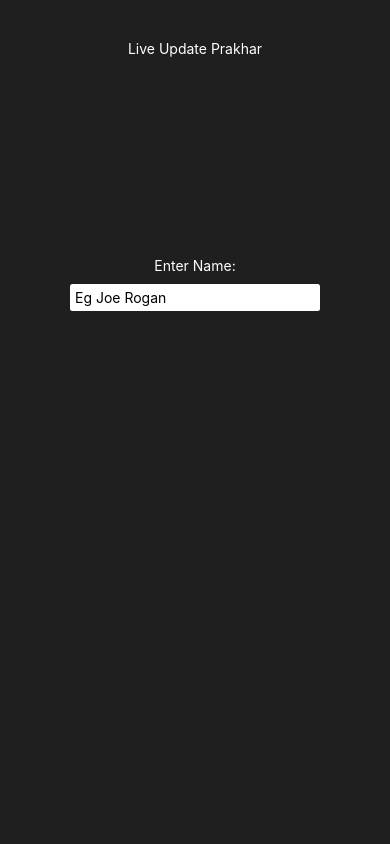
Repository: PrakharGupta36/TodoApp-React-Native
Screen: /
An editor plug-in stored every save of this project. The screen is shown before and after the next save, followed by the edit.
The app was drawn by React Native's web renderer in a window 390 px wide. The project was rebuilt for these pictures with package versions that can differ from the ones it lists, and the page was loaded fresh each time.

Above is the screen before, as saved 2022-03-16 12:05:50.

### App.js
import {
  StyleSheet,
  Text,
  View,
  StatusBar,
  Button,
  TextInput,
  ScrollView,
  FlatList,
} from "react-native";
import { React, useState, useEffect } from "react";

export default function App() {
  const [name, setName] = useState("Prakhar");
  const [people, setPeople] = useState([
    { name: "shaun", id: "1" },
    { name: "yoshi", id: "2" },
    { name: "mario", id: "3" },
    { name: "luigi", id: "4" },
    { name: "peach", id: "5" },
    { name: "toad", id: "6" },
    { name: "bowser", id: "7" },
  ]);

  return (
    <View style={styles.container}>
      <Text style={styles.textWhite}> Live Update {name} </Text>

      <View style={styles.buttonContainer}>
        <Text style={styles.textWhite}> Enter Name: </Text>
        <TextInput
          style={styles.input}
          placeholder='Eg Joe Rogan'
          onChangeText={(e) => setName(e)}
        />
      </View>
      <FlatList data={people} />
      <StatusBar style='auto' />
    </View>
  );
}

const styles = StyleSheet.create({
  container: {
    flex: 1,
    backgroundColor: "#fff",
    alignItems: "center",
    justifyContent: "center",
    backgroundColor: "#1f1f1f",
    paddingTop: 30,
    paddingBottom: 30,
  },
  text: {
    color: "white",
    backgroundColor: "pink",
    padding: 30,
    width: 200,
    fontWeight: "bold",
    textAlign: "center",
    margin: 10,
    borderRadius: 2.5,
  },
  textWhite: {
    color: "white",
    margin: 10,
  },
  buttonContainer: {
    flex: 1,
    backgroundColor: "#fff",
    alignItems: "center",
    justifyContent: "center",
    backgroundColor: "#1f1f1f",
    paddingTop: 30,
    paddingBottom: 30,
    margin: 20,
  },
  input: {
    backgroundColor: "white",
    borderRadius: 2.5,
    padding: 5,
    color: "black",
    width: 250,
  },
});

After the next save:
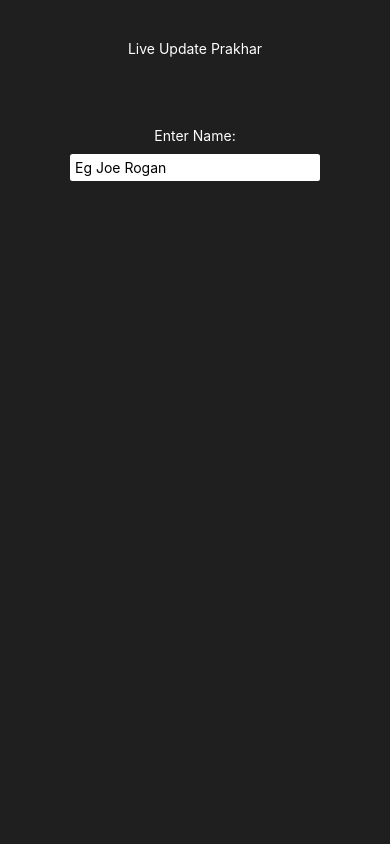
Saved 21 s later.
--- a/App.js
+++ b/App.js
@@ -68,7 +68,6 @@
     flex: 1,
     backgroundColor: "#fff",
     alignItems: "center",
-    justifyContent: "center",
     backgroundColor: "#1f1f1f",
     paddingTop: 30,
     paddingBottom: 30,
